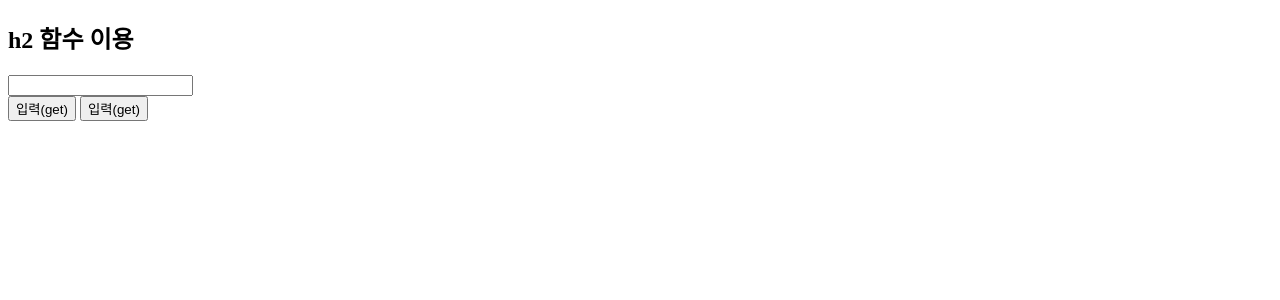
Repository: dongcmd/dong_jsp
Page: ajaxStudy/src/main/webapp/ex06_fetch.html
An editor plug-in stored every save of this project. The page is shown before and after the next save, followed by the edit.
The browser window is 1280 px wide. The pictures show the whole page.

Above is the page before, as saved 2025-04-21 06:04:15.

### ajaxStudy/src/main/webapp/ex06_fetch.html
<!DOCTYPE html>
<html>
<head>
<meta charset="UTF-8">
<title>fetch : 파라미터 전달</title>
</head>
<body>
<h2>h2 함수 이용</h2>
<form name="f">
	<input type="text" name="name"></form>
<button onclick="loadJspGet()">입력(get)</button>
<button onclick="loadJspGet()">입력(get)</button>
</body>
</html>

After the next save:
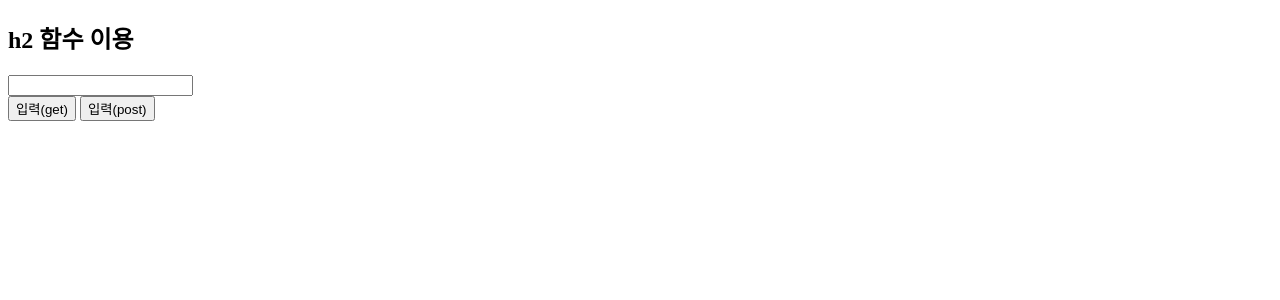
Saved 65 s later.
--- a/ajaxStudy/src/main/webapp/ex06_fetch.html
+++ b/ajaxStudy/src/main/webapp/ex06_fetch.html
@@ -9,6 +9,14 @@
 <form name="f">
 	<input type="text" name="name"></form>
 <button onclick="loadJspGet()">입력(get)</button>
-<button onclick="loadJspGet()">입력(get)</button>
+<button onclick="loadJspPost()">입력(post)</button>
+<div id="demo"></div>
+<script>
+	function loadJspGet() {
+		fetch("ex02_basic.jsp?name=" + document.f.name.value)
+		.then( r => r.text() )
+		.then(data => document.querySelector("#demo").innerHTML = data)
+	}
+</script>
 </body>
 </html>
